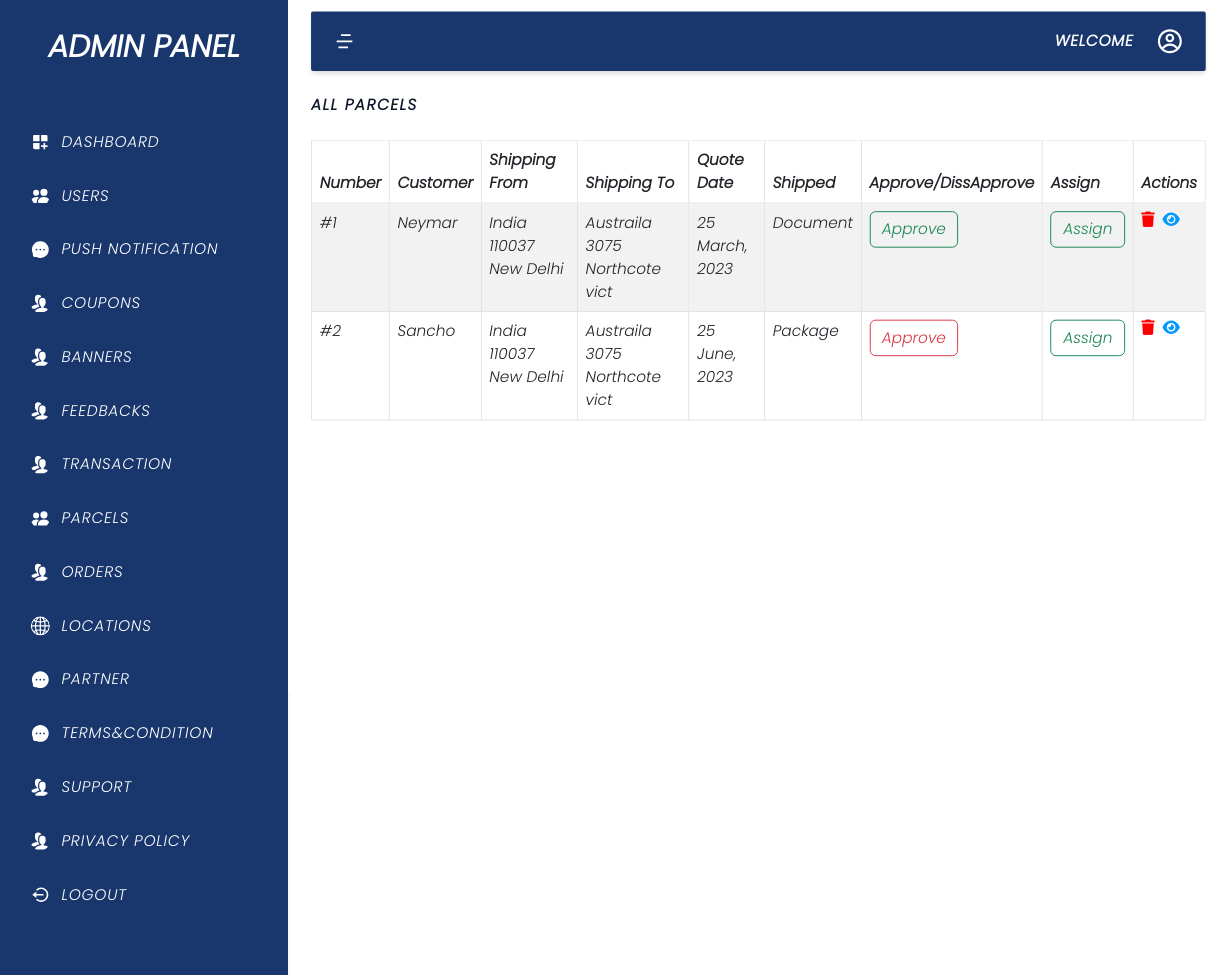
Repository: FlyweisReact/sarita
Page: /astro
These files come from the project's save history. The page is drawn as it stood at one moment and after a run of saves; the edit follows.
The browser window is 1280 px wide. The pictures show the whole page, at 96% of full size.
Some web libraries are served in a nearby version. The project was rebuilt for these pictures with package versions that can differ from the ones it lists, and the page was loaded fresh each time. Also part of the build but not shown: src/vendorPanel/forms/VendorLogin.jsx, src/vendorPanel/pages/AdminDiscount.js, src/vendorPanel/pages/AdminReview.js, src/vendorPanel/pages/Banners.js, src/vendorPanel/pages/Booking.js, src/vendorPanel/pages/Horoscope.js, src/vendorPanel/pages/Kundli.js, src/vendorPanel/pages/Message.js and 8 more.

Above is the page before, as saved 2023-04-19 13:18:35.

After the next 2 saves:
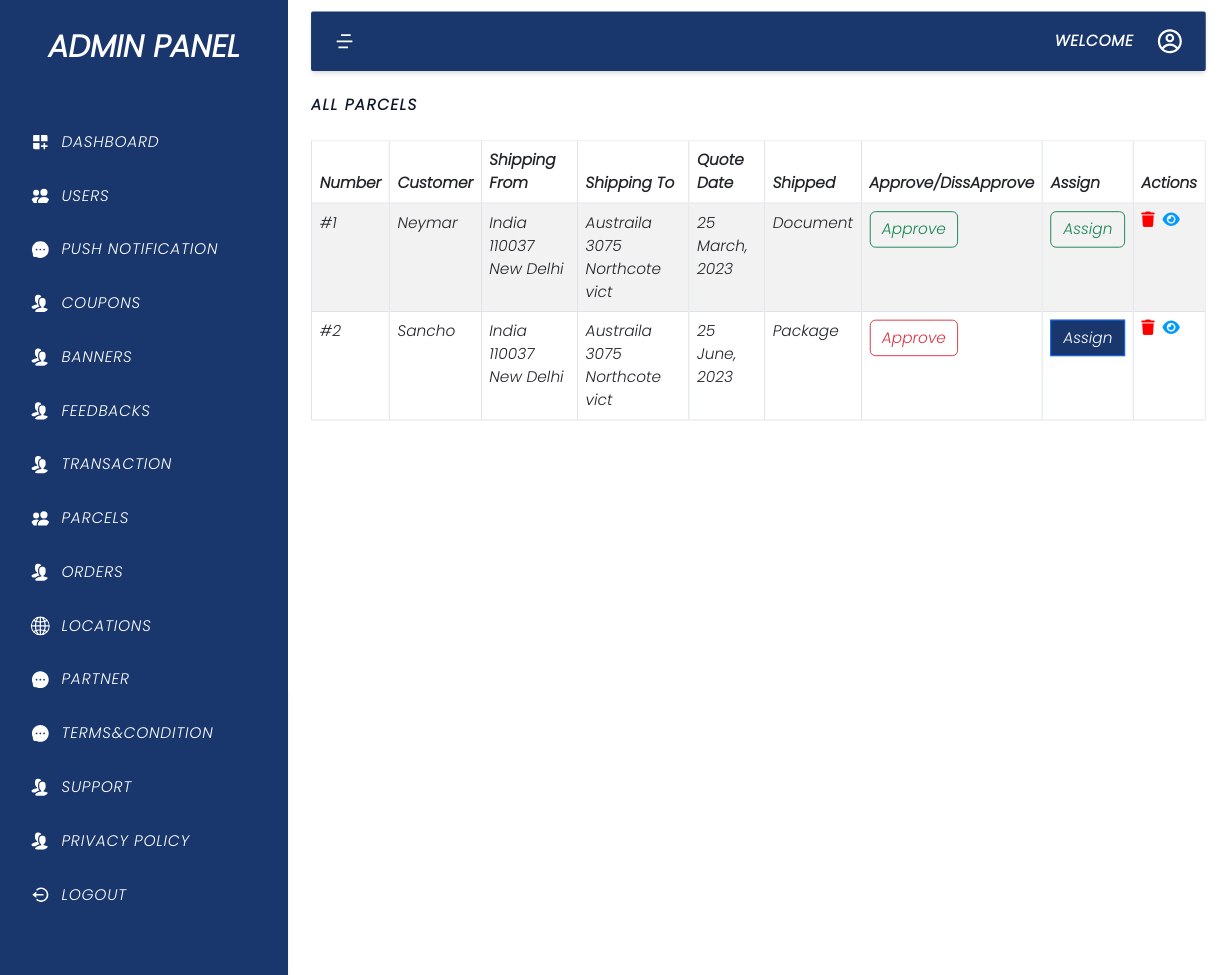
The 2 saves are shown as one change because they came seconds apart.
The last was saved 11 s later.
--- a/src/vendorPanel/pages/Astrologers.js
+++ b/src/vendorPanel/pages/Astrologers.js
@@ -172,7 +172,7 @@ const Astrologers = () => {
                   <Button variant="outline-danger">Approve</Button>
                 </td>
                 <td>
-                  <Button variant="outline-success">Assign</Button>
+                  <Button style={{ backgroundColor: "#19376d", borderRadius: "0" }}>Assign</Button>
                 </td>
                 <td>
                   <span className="d-flex gap-2">
